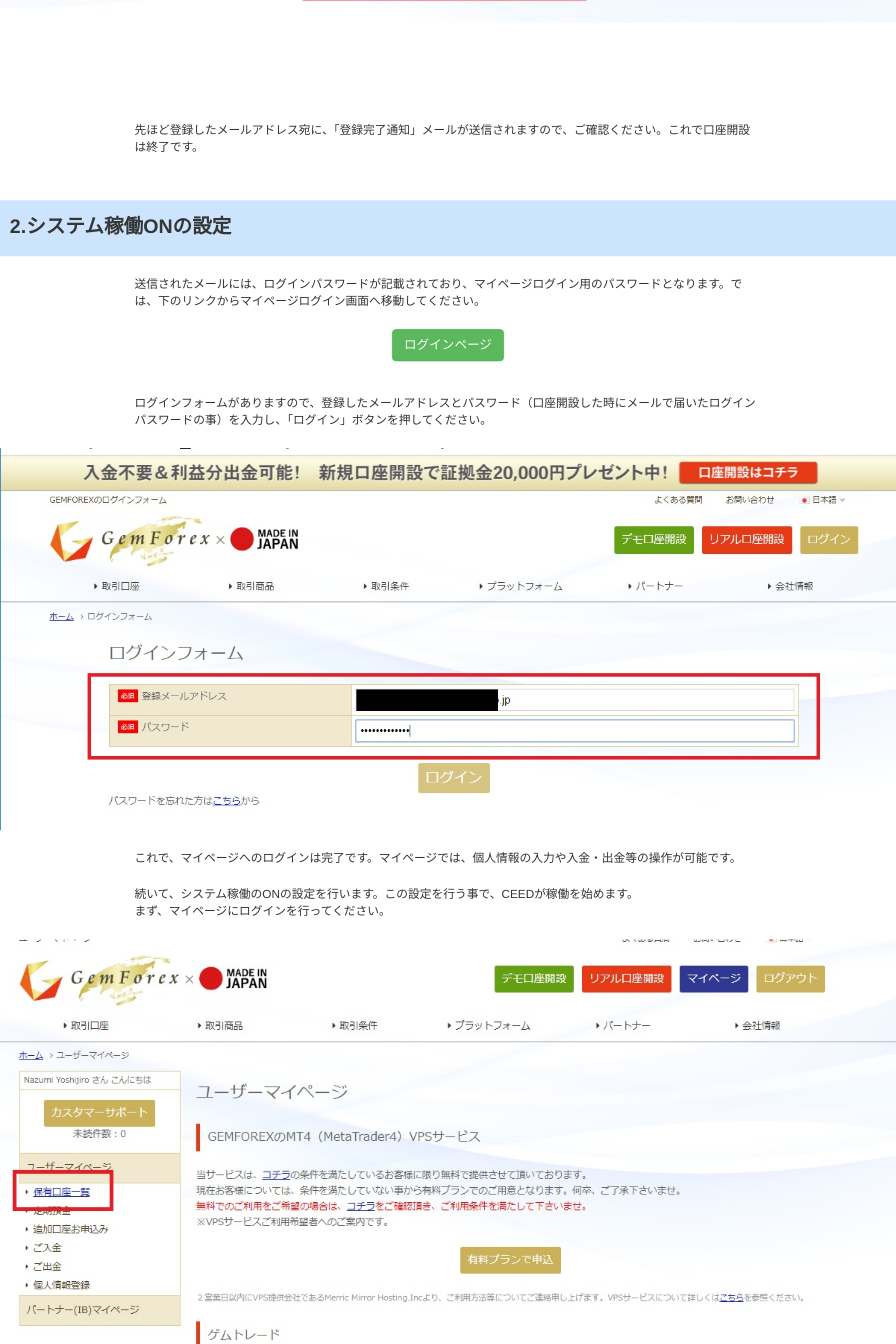
Repository: kkttuu1013/ProjectCeed
Page: http://localhost/start
The author's editor kept a record of every edit. The page is drawn from the files as they stood at one moment, then again after the next edit.
The browser window is 1280 px wide. The pictures show the part of the page from y = 2443 to 4363 px (the page is 11417 px tall before and 12255 px after), at 70% of full size.
Some web libraries are served in a nearby version. The page is served by the project's Node server (server.js).

Above is the page before.
Console error: ReferenceError: jQuery is not defined

### views/start.ejs
<!DOCTYPE html>
<html lang="en">
<head>
    <meta charset="UTF-8">
    <meta name="viewport" content="width=device-width, initial-scale=1">
    <title>Hello Bulma!</title>
    <link href="../main.css" rel="stylesheet" type="text/css"/>
    <link rel="stylesheet" href="../bulma/bulma.css">
    <script defer src="https://use.fontawesome.com/releases/v5.0.7/js/all.js"></script>
    <meta http-equiv="X-UA-Compatible" content="ie=edge">
    <link rel="stylesheet" href="https://maxcdn.bootstrapcdn.com/bootstrap/3.3.6/css/bootstrap.min.css" />
    <title>Document</title>
    <script src="../main.js"></script>
</head>
<body>
    <img src="/image/2.jpg" class="sidepd4">
    <hr class="hr1">
    <div class="wrapper">
        <p class="txt">このページでは、EA「CEED」の導入と運用方法を解説致します。上から順にマニュアルに沿って進めてください。<br>
        <br><strong>※ 入金や出金に関してお困りの際はこちらまでお問い合わせください。</strong></p>

         <a id="link" href="https://line.me/R/ti/p/%40jov0846c"><strong>CEED サポートLINE@はこちら</strong></a>


    </div>
    <div class="wrapper2" >
     <p class="txt1">
    <strong>1.FX証券会社の口座開設</strong><br>
    </p>
    </div>
<!-- /.wrapper -->
<div class="wrapper4">
    <p class="txt">このページでは、EA「CEED」の導入と運用方法を解説致します。上から順にマニュアルに沿って進めてください。
    <br>
    <br>
    下のリンクからGemforex証券の口座開設ページに進んでください。
<strong class="purple"><br>（※下のアクセスリンクはCEED運用専用となりますので、必ず下のリンクからアクセスをお願い致します)</strong>
    </p>
    <a href='https://gforex.asia/vip/77486/'>
    <button type="button" class="btn btn-lg btn-primary mgtop">CEED専用口座開設</button>
    </a>
    </div>
    <div class="wrapper4">
    <p class="txt">
        上の「口座開設ボタン」を押すと、証券会社のHPに移動しますので、画面の案内に従って、
        必要項目を記入してください。
    </p>
    </div>

    <div class="wrapper4">
    <p class="txt">
        <strong>口座タイプ</strong>：日本円口座（オールインワン）<br>
        <br>
        <strong>登録種別</strong>：個人口座<br>
        <br>
        <strong>お名前</strong>：ご自身の名前を記入<br>
        <br>
        <strong>メールアドレス</strong>：フリーメールアドレスで問題ありません。（※すでにGemforexの口座をお持ちの方は、違うメールアドレスにて登録してください）
    </p>
    </div>
    <div class="wrapper5">
    <img class="responsiveImg" src="/images/2.jpg">
    </div>
    <div class="wrapper4">
    <p class="txt">
    必要項目を記入後、下の「私はロボットではありません」にチェックを付けて、送信をしてください。
    </p>
    </div>
    <div class="wrapper5">
    <img class="responsiveImg" src="/images/3.jpg">
    </div>
    <div class="wrapper4">
    <p class="txt">
    先ほど登録したメールアドレス宛に、「登録完了通知」メールが送信されますので、ご確認ください。これで口座開設は終了です。
    </p>
    </div>
    <div class="wrapper2" >
     <p class="txt1">
    <strong>2.システム稼働ONの設定</strong><br>
    </p>
    </div>

      <div class="wrapper4">
    <p class="txt">
    送信されたメールには、ログインパスワードが記載されており、マイページログイン用のパスワードとなります。では、下のリンクからマイページログイン画面へ移動してください。
    </p>
    <a href='https://gforex.asia/login.php'>
    <button type="button" class="btn btn-lg btn-success mgtop">ログインページ</button>
    </a>
    <p class="txt">
    <br><br>
    ログインフォームがありますので、登録したメールアドレスとパスワード（口座開設した時にメールで届いたログインパスワードの事）を入力し、「ログイン」ボタンを押してください。
    </p>
    </div>
    <div class="wrapper5">
    <img class="responsiveImg" src="/images/6.jpg">
    </div>


    <div class="wrapper4">
    <p class="txt">
    これで、マイページへのログインは完了です。マイページでは、個人情報の入力や入金・出金等の操作が可能です。
    </p>
    </div>
    <div class="wrapper4">
    <p class="txt">
    続いて、システム稼働のONの設定を行います。この設定を行う事で、CEEDが稼働を始めます。<br>
    まず、マイページにログインを行ってください。
    </p>
    </div>
    <div class="wrapper5">
    <img class="responsiveImg" src="/images/保有口座一覧.jpg">
    </div>
    <div class="wrapper4">
    <p class="txt">
    左メニューの保有口座一覧をクリックしてください。
    </p>
    </div>
    <div class="wrapper5">
    <img class="responsiveImg" src="/images/MAM申請1.jpg">
    </div>
    <div class="wrapper4">
    <p class="txt">
    さっき、開設した口座情報が掲示されます。（５から始まる口座番号です）下の「MAM口座申請」を押してください。
    </p>
    </div>
    <div class="wrapper5">
    <img class="responsiveImg" src="/images/MAM申請2.jpg">
    <img class="responsiveImg" src="/images/MAM申請3.jpg">
    </div>
     <div class="wrapper4">
    <p class="txt">
    OKを押してください。口座開設に登録したメールアドレスに「確認メール」が届きますので、確認してください。
    </p>
    </div>
    <div class="wrapper5">
    <img class="responsiveImg" src="/images/MAM申請4.jpg">
    </div>
     <div class="wrapper4">
    <p class="txt">
    確認メールに記載されているURLをクリックして有効化をお願いします。
    </p>
    </div>
    <div class="wrapper5">
    <img class="responsiveImg" src="/images/MAM申請5.jpg">
    <img class="responsiveImg" src="/images/MAM申請6.jpg">
    <img class="responsiveImg" src="/images/MAM申請7.jpg">
    </div>
    <div class="wrapper4">
    <p class="txt">
    最後にMAM利用に関して同意の上、設定を完了します。
    </p>
    </div>
    <div class="wrapper5">
    <img class="responsiveImg" src="/images/MAM申請8.jpg">
    </div>
    <div class="wrapper4">
    <p class="txt">
    保有口座一覧の画面に移動しますので、OFF→ONに設定してください。
    </p>
    </div>
    <div class="wrapper5">
    <img class="responsiveImg" src="/images/MAM申請9.jpg">
    </div>
    <div class="wrapper4">
    <p class="txt">
    設定変更をしてもよろしいですかとでますので、OKを押してください。<br><br>
    <strong class="skyblue">これでシステムON設定が完了しました。あとは入金すると、自動で運用が開始します。</strong>
    </p>
    </div>




    <footer id="myFooter">
        <div id="mycontainer" class="container blackDiv">
            <div class="row blackDiv">
                <div id="image_wrapper" class="col-sm-12 col-md-2 blackDiv">
                    <h2 class="logo"><a href="#"><img id="ifcLogo" src="/image/IFC rogo.png"></a></h2>
                </div>
                <div class="col-sm-12 col-md-2 blackDiv footerList" >
                    <h5>製品情報</h5>
                    <ul>
                        <li><a href="https://www.ifc752.com/gallery">有料EA AUZIE</a></li>
                        <li><a href="https://www.ifc752.com/bee">有料EA BEE</a></li>
                        <li><a href="https://www.ifc752.com/blank-2">IFC SYSTEM1</a></li>
                        <li><a href="https://www.ifc752.com/ifcsystem1">IFC SYSTEM2</a></li>
                        <li><a href="https://www.ifc752.com/ifcsystem2">IFC SYSTEM3</a></li>
                        <li><a href="https://www.ifc752.com/ifcsystem4-3">IFC SYSTEM4</a></li>
                    </ul>
                </div>
                <div class="col-sm-12 col-md-2 blackDiv footerList">
                    <h5>サポート</h5>
                    <ul>
                        <li><a href="https://line.me/R/ti/p/%40vbu5369m">IFC EA LINE@</a></li>
                    </ul>
                </div>
                <div class="col-sm-12 col-md-2 blackDiv footerList">
                    <h5>場所</h5>
                    <ul>
                        <li>JAPAN</li>

                    </ul>
                </div>
                <div class="col-sm-12 col-md-2 blackDiv footerList">
                    <h5>企業情報</h5>
                    <ul>
                        <li><a href="https://www.sinseeddeviation.com/">会社概要</a></li>
                        <li><a href="/privacypolicy">プライバシーポリシー</a></li>
                    </ul>
                </div>
                <div id="button_wrapper" class="col-sm-12 col-md-2 blackDiv">
                    <button onclick="location.href='/'" type="button" class="btn btn-default">TOPに戻る</button>
                </div>
            </div>
        </div>
        <div class="footer-copyright">
            <p>© 2019 Copyright IFC GROUP </p>
        </div>
    </footer>


    <script src="https://code.jquery.com/jquery-3.4.1.js"
            integrity="sha256-WpOohJOqMqqyKL9FccASB9O0KwACQJpFTUBLTYOVvVU="
            crossorigin="anonymous"></script>
    <script src="https://ajax.googleapis.com/ajax/libs/jquery/1.12.4/jquery.min.js"></script>
    <script src="https://maxcdn.bootstrapcdn.com/bootstrap/3.3.7/js/bootstrap.min.js"></script>
<script src="main.js"></script>
</body>

</html>

### server.js
const express = require('express');
const app = express();
const cool = require('cool-ascii-faces')
const PORT = process.env.PORT || 3000;

app.set('views', './views');
app.set("view engine", "ejs");
app.use( express.static( __dirname ) );

app.get('/',function(req, res){
    res.render("index");
});

app.get('/whatisea/', function(req, res){
    res.render("whatisea")
})

app.get('/free/', function(req, res){
    res.render("free")
})

app.get('/cool', (req, res)=> res.send(cool()));

app.get('/privacypolicy', function(req, res){
    res.render("privacypolicy")
})

app.get('/stream', function(req, res){
    res.render("stream");
})

app.get('/start', function(req, res){
    res.render("start");
})

app.get('/start/2', function(req,res){
    res.render("money");
})

app.get('/start/3', function(req,res){
    res.render("mt4");
})

app.get('/start/4', function(req,res){
    res.render("back");
})

app.use(function(err, req, res, next){
	res.status(500);
	res.end('my 500 error! : ' + err);
});

app.listen(PORT);

### main.css
body{
    color: black;
    padding: 0;
    margin: 0;
}

.top-padding{
    padding: 5% 15% 5% 15%;
}

.responsiveImg{
    width: 100%;
}

.whitediv{
    background-color: white !important;
}



.right-half {
    position: absolute;
    right: 0px;
    width: 50%;
    height: 40%;
}

.margin-zero{
    margin: 0;
    padding: 0;
}
.img-whitebar{
    margin: 0px;
}
#leftHalf {
    width: 50%;
    position: absolute;
    left: 0px;
    height: 100%;
}

.mgpdzero{
    margin-bottom: 0px;
    padding: 0;
}

#topPos{
    width: 100%;
}

.sidepd{
    padding: 0px  10% 6% 10%;
}

.sidepd2{
    padding: 0% 10% 0% 10%;
}

.sidepd3{
    margin-left: auto;
    margin-right: auto;
    width: 100%;
}

.sidepd4{
    padding: 0% 10% 0% 10%;
}



.addtoppd{
    padding-top: 5%;
}


.navbar
{
    border: 0 !important;
}

.containBtn{
    position: relative;
    text-align: center;
    z-index: 0;
}

#container {
    position:relative;
    display: block;
}

.column{
    padding: 0;
    margin: 0;
}

.skyblue{
    color: #3D9BE9;
}

.wrapper {
    max-width: 70%;
    margin: 0 auto;
    text-align: center;
    background: white;
  }
.wrapper2{
    padding: 1.3em 1em;
    margin: auto;
    margin-top: 5%;
    color: #2c2c2f;
    background: #cde4ff;/*背景色*/
    width: 100%;
    height: 80px;
    text-align: left;
}

.wrapper4 {
    max-width: 70%;
    margin: 0 auto;
    margin-top: 2em;
    text-align: center;
    background: white;
  }

 .wrapper5 {
    margin: 0 auto;
    margin-top: 2em;
    text-align: center;
    background: white;
  }

.next {
  background-color: #4CAF50;
  color: white;
  text-align: center;
  text-decoration: none;
  display: inline-block;
  padding: 8px 16px;
}

.round {
  border-radius: 50%;
}

.mgtop{
    margin-top: 1em;
}


.txt{
    font-size: 1.2em;
    text-align: left;
}

.txt1 {
    display: inline-block;
    text-align: center;
    font-size: 2em;
}

#link{
    text-align: center;
    background: white;

}

.hr1{
    height: 3px;
}





#mycontainer .container{
    height: 50px;
    width: 100px;
}

#img2 {
    width: 50px;
    height: auto;
    position: absolute;
    left: 61.5%;
    top: 20%;
}

#img3 {
    width: 50px;
    height: auto;
    position: absolute;
    left: 1170px;
    top: 15px;
}

#img4 {
    width: 50px;
    height: auto;
    position: absolute;
    left: 100%;
    top: 15px;
}

.fixedTop{
    position: fixed;
    top: 0;
    z-index: 10;
}

#toTop{
    width: 12%;

}

#toTop:focus{
    outline: none;
}

#toEA{
    left: 11%;
    width: 18.5%;
}

#gotoea{
    position: absolute;
    bottom: 29%;
    left: 23.5%;
    text-align: center;
    font-size: 1.5vw;
}

#gotofree{
    position: absolute;
    bottom: 30%;
    left: 60%;
    text-align: center;
    font-size: 1.5vw;
}



#toEA:focus{
    outline: none;
}

#toFree{
    left: 28.5%;
    width: 20%;
}

#toFree:focus{
    outline: none;
}

#gotostream{
    position: absolute;
    bottom: 35%;
    left: 26%;
    font-size: 1.5vw;
}

#gotostream2{
    position: absolute;
    bottom: 15%;
    left: 60%;
    font-size: 1.4vw;
}

#toStream{
    left: 47.8%;
    width: 19.6%;
}

#toStream:focus{
    outline: none;
}

#toLine{
    left: 67.4%;
    width: 11%;
}

#toLine:focus{
    outline: none;
}


#toStart{
    left: 78.3%;
    width: 27.8%;
}

#toStart:focus{
    outline: none;
}

.videocontainer{
    position: relative;
    width: 100%;
    padding-top: 30%;
    padding-left: 10%;
    padding-right: 10%;
    padding-bottom: 10%;
}

.streamframe{
    position: absolute;
    top: 10%;
    right: 25%;
    width: 1000px;
    height: 500px;
}

.signal{
    top: 1.5%;
    left: 64%;
    width: 3%;
}

@media screen and (max-width: 600px) {
    .signal{top: 1%;}
}

div {
    background-color: #F7F7F8;
  }

#mycontainer{
    width: 100%;
}

#myFooter {
    background-color: #3c3d41;
    color: white;
    width: 100%;

}

#myFooter .footer-copyright {
    background-color: #333333;
    padding-top: 3px;
    padding-bottom: 3px;
    text-align: center;
    font-size: 50%;
}

#myFooter .row {
    margin-bottom: 0px;
    width: 100%;
}

#myFooter .navbar-brand {
    margin-top: 45px;
    height: 65px;
}

#myFooter .footer-copyright p {
    margin: 10px;
    color: #ccc;
}

#myFooter ul {
    list-style-type: none;
    padding-left: 0;
    line-height: 1.7;
    text-align: center;
}

#myFooter h5 {
    color: white;
    font-weight: bold;
    margin-top: 30px;
    text-align: center;

}

#myFooter h2 a{
    font-size: 50px;
    text-align: center;
    color: #fff;
}

#myFooter a {
    width: 100%;
    color: #d2d1d1;
    text-decoration: none;
    font-size: 15px;

}

#myFooter li{
    width: 100%;
    color: #d2d1d1;
    text-decoration: none;
    font-size: 15px;
}

#myFooter a:hover,
#myFooter a:focus {
    text-decoration: none;
    color: white;
}

#myFooter .social-networks {
    text-align: center;
    padding-top: 100px;
    padding-bottom: 16px;
}

#myFooter .social-networks a {
    font-size: 10px;
    color: #f9f9f9;
    padding: 10px;
    transition: 0.2s;
}

#myFooter .social-networks a:hover {
    text-decoration: none;
}

#myFooter .facebook:hover {
    color: #0077e2;
}

#myFooter .google:hover {
    color: #ef1a1a;
}

#myFooter .twitter:hover {
    color: #00aced;
}

#myFooter .btn {
    color: #3c3d41;
    background-color: #F7F7F8;
    border-radius: 20px;
    border: none;
    margin: auto;
    margin-top: 100px;
}

#button_wrapper{
    text-align: center;
}

#ifcLogo{
    height: auto;
    width: 200px;
    padding-right: 10px;
    padding-left:  10px;
    padding-top: 25px;
}

.mobile{
    display: none;
}

@media screen and (max-width: 1023px) {
    #myFooter .row {
    margin-bottom: 0px;
}
    #image_wrapper{
        text-align: center;
    }

    #myFooter .btn{
        margin-top: 50px;
        margin-bottom: 50px;
    }

    .desktop{
        display: none;
    }

    .mobile{
        display: block;
        width: 100%;
    }
    #toTop{
        width: 100%;
    }
    #imgMain{
        margin-top: 10%;
    }


}

@media screen and (max-width: 767px) {
    .sidepd{
        padding: 0 0 20% 0;
    }
    .top-padding{
        padding: 5% 0 5% 0;
    }

    #gotoea{
        bottom: 29%;
        left: 18%;
        font-size: 2vw;
    }

    #gotostream{
        position: absolute;
        bottom: 35%;
        left: 21%;
        font-size: 2vw;
    }

     #gotofree{
        position: absolute;
        bottom: 7%;
        left: 40%;
        font-size: 3vw;
    }

    #gotoea{
        position: absolute;
        bottom: 7%;
        left: 40%;
        font-size: 3vw;
    }

    #gotostream{
        position: absolute;
        bottom: 7%;
        left: 40%;
        font-size: 3vw;
    }





}

@media (max-width: 525px){
    .containimg {
        width: auto;
        }
    .insideimg{
        width: 100%;
        height: auto;
    }
}


.blackDiv{
    background-color: #3c3d41;
    font-size: 80%;
}


/* ============== */
/*     footer     */
/* ============== */

### main.js
/* global $ */

jQuery(function(){

    function fadeIn()
{
   $(this).fadeIn( fadeOut );
}

function fadeOut()
{
   $(this).fadeOut( fadeIn );
}

fadeIn.call($(".signal"));

 });



 //向かいたい先の位置を変数positionに入れる。
var topPos = $("#topPos").offset().top;
var eaPos = $("#eaPos").offset().top;
var freePos = $("#freePos").offset().top;
var livePos = $("#livePos").offset().top;
var linePos = $("#linePos").offset().top;
var startPos = $("#startPos").offset().top;　//最初の要素の、ドキュメント上での表示位置[y軸]を返す

var bootstrap_enabled = (typeof $().modal == 'function');


//TO TOP BUTTON
$(document).on("click","#toTop",function(){
   console.log("pressed!");
   $("html,body").animate({
        scrollTop : topPos // さっき変数に入れた位置まで
    }, {
        queue : false,　// どれくらい経過してから、アニメーションを始めるか。キュー[待ち行列]。falseを指定すると、キューに追加されずに即座にアニメーションを実行。
    });
});

$(document).on("click",".btn-default",function(){
    console.log("pressed!");
    $("html,body").animate({
         scrollTop : topPos // さっき変数に入れた位置まで
     }, {
         queue : false,　// どれくらい経過してから、アニメーションを始めるか。キュー[待ち行列]。falseを指定すると、キューに追加されずに即座にアニメーションを実行。
     });
 });

$(document).on("click","#toEA",function(){
    console.log("pressed!");
    $("html,body").animate({
         scrollTop : eaPos // さっき変数に入れた位置まで
     }, {
         queue : false,　// どれくらい経過してから、アニメーションを始めるか。キュー[待ち行列]。falseを指定すると、キューに追加されずに即座にアニメーションを実行。
     });
 });

 $(document).on("click","#toFree",function(){
    console.log("pressed!");
    $("html,body").animate({
         scrollTop : freePos // さっき変数に入れた位置まで
     }, {
         queue : false,　// どれくらい経過してから、アニメーションを始めるか。キュー[待ち行列]。falseを指定すると、キューに追加されずに即座にアニメーションを実行。
     });
 });

 $(document).on("click","#toStream",function(){
    console.log("pressed!");
    $("html,body").animate({
         scrollTop : livePos // さっき変数に入れた位置まで
     }, {
         queue : false,　// どれくらい経過してから、アニメーションを始めるか。キュー[待ち行列]。falseを指定すると、キューに追加されずに即座にアニメーションを実行。
     });
 });

 $(document).on("click","#toLine",function(){
    console.log("pressed!");
    $("html,body").animate({
         scrollTop : linePos // さっき変数に入れた位置まで
     }, {
         queue : false,　// どれくらい経過してから、アニメーションを始めるか。キュー[待ち行列]。falseを指定すると、キューに追加されずに即座にアニメーションを実行。
     });
 });

 $(document).on("click","#toStart",function(){
    console.log("pressed!");
    $("html,body").animate({
         scrollTop : startPos // さっき変数に入れた位置まで
     }, {
         queue : false,　// どれくらい経過してから、アニメーションを始めるか。キュー[待ち行列]。falseを指定すると、キューに追加されずに即座にアニメーションを実行。
     });
 });

Loaded but not shown: bulma/bulma.css (library)

After the next edit:
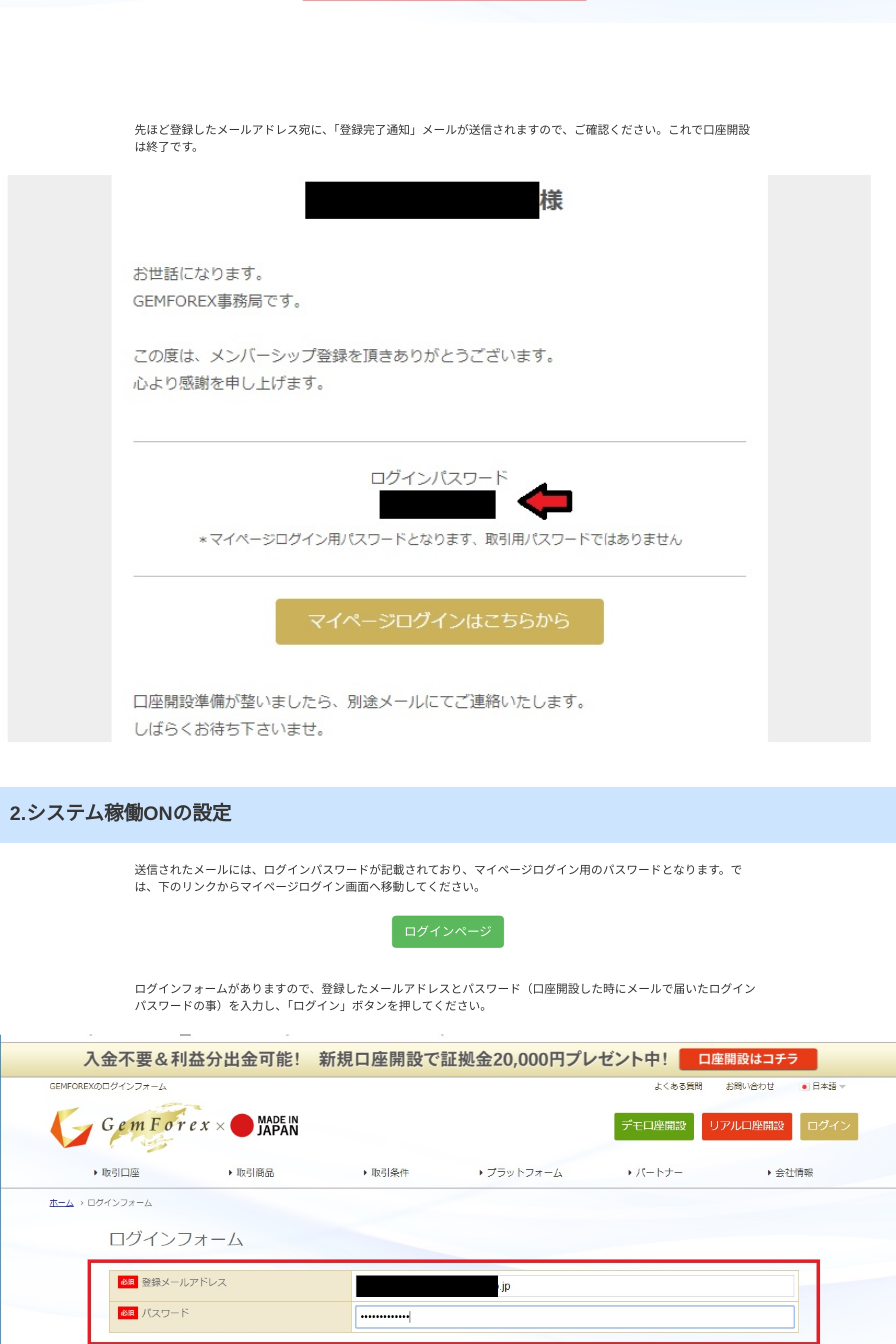
The edit:
--- a/views/start.ejs
+++ b/views/start.ejs
@@ -74,6 +74,9 @@
     先ほど登録したメールアドレス宛に、「登録完了通知」メールが送信されますので、ご確認ください。これで口座開設は終了です。
     </p>
     </div>
+     <div class="wrapper5">
+    <img class="responsiveImg" src="/images/4.jpg">
+    </div>
     <div class="wrapper2" >
      <p class="txt1">
     <strong>2.システム稼働ONの設定</strong><br>
